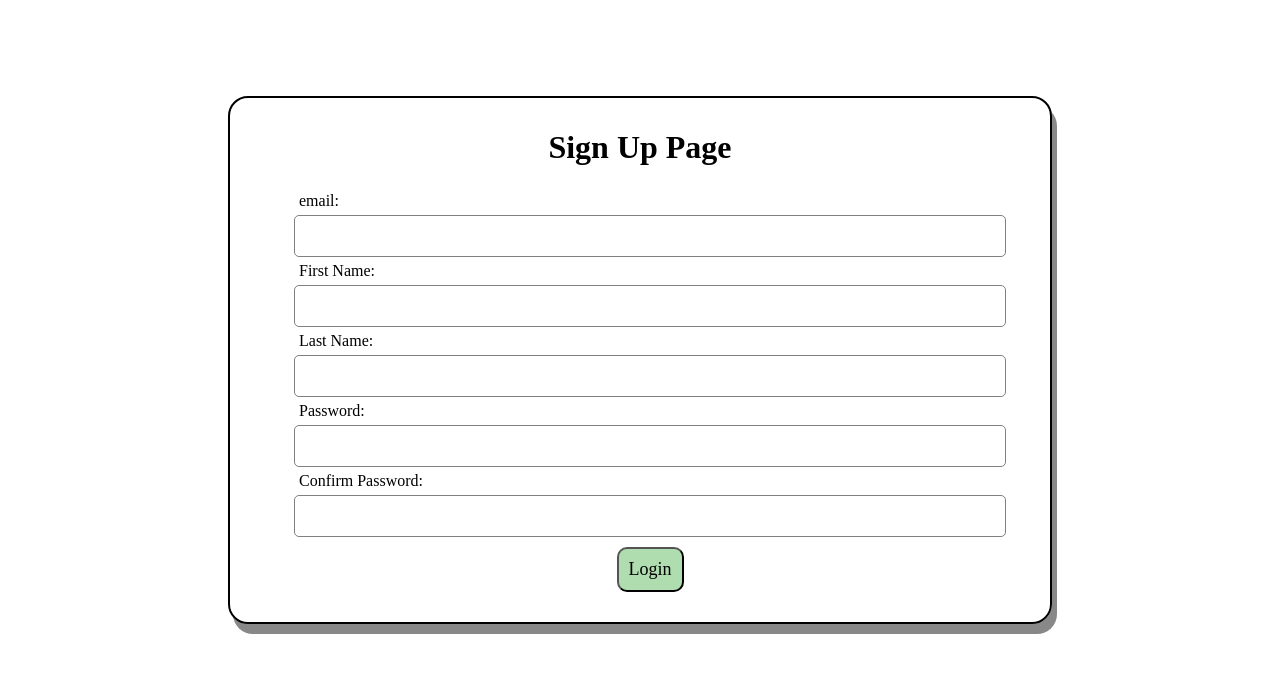
Repository: anjalipatel-dev/web-dev-learning-journey
Page: 03_html_css_ui_pages/signUp_ui/signup.html
The author's editor kept a copy of each file at every save. The page is drawn from the files as they stood at one save, then again after the next save.
The browser window is 1280 px wide. The pictures show the whole page.

Above is the page before, as saved 2025-10-04 04:56:32.

### 03_html_css_ui_pages/signUp_ui/signup.html
<!DOCTYPE html>
<html lang="en">
<head>
    <meta charset="UTF-8">
    <meta name="viewport" content="width=device-width, initial-scale=1.0">
    <title>Sign page</title>
    <link rel="stylesheet" href="styles.css">
</head>
<body>
    <div class="container">
        <h1>Sign Up Page</h1>
        <form class="input-group" action="">
            <diV>
            <label for="email">email:</label>
            <input type="email" id="email" name="email" required>
            </diV>
            <div>
                <label for="firstname">First Name:</label>
                <input class="short" type="text" id="firstname" name="firstname" required>
                <label for="lastname">Last Name:</label>
                <input class="short" type="text" id="lastname" name="lastname" required>
            </div>
            <div>
            <label for="password">Password:</label>
            <input type="password" id="password" name="password" required>
            </div>
            <div>
            <label for="confirm_password">Confirm Password:</label>
            <input type="password" id="confirm_password" name="confirm_password" required>
        </div>
            <div class="submit-btn">
            <button type="submit">Login</button>
            </div>
        </form>
    </div>
</body>
</html>

### 03_html_css_ui_pages/signUp_ui/styles.css
body{
    display: flex;
    justify-content: center;
    align-items: center;
    padding: 0;
    margin: 0;
    height: 100vh;}
.container{
    width: 800px;
    border: 2px solid black;
    border-radius: 20px;
    padding: 10px;
    text-align: center;
    box-shadow: 5px 10px #888888;
    font-family:cursive
}
.input-group{
    margin: 10px;
    text-align: left;
    padding-left: 20px;
    display: flex;
    align-items: center;
    flex-direction: column;
}
.input-group label{
    display: block;
    margin: 5px;
}
.input-group input{
    height: 30px;
    width: 700px;
    padding: 5px;
    font-size: 16px;
    border-radius: 5px;
    border: 1px solid gray;
    font-family:cursive;
}
.short{
    width: 350px;
}
.input-group button{
    margin: 10px;
    text-align: center;
    padding: 10px;
    font-size: 18px;
    border-radius: 10px;
    cursor: pointer;
    background-color:#afddaf ;
    font-family:cursive;
}
.submit-btn button:hover{
    background-color: #076b07;
    color: white;
}

After the next save:
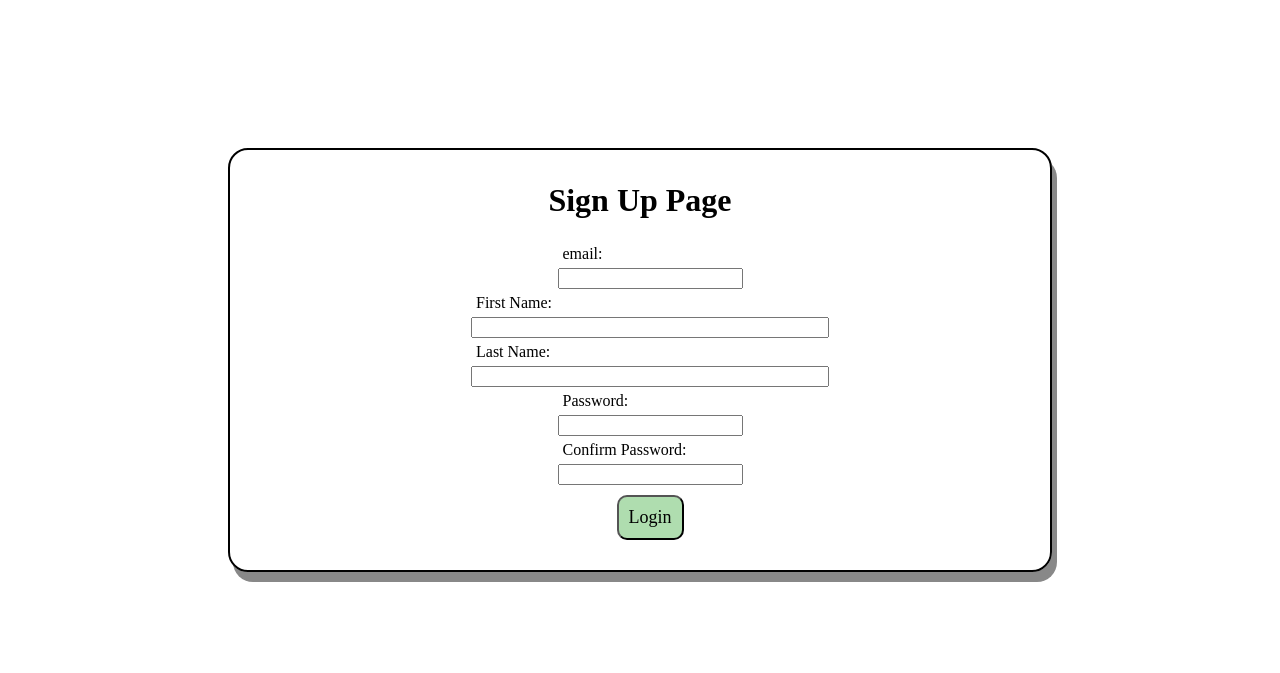
Saved 29 s later.
--- a/03_html_css_ui_pages/signUp_ui/styles.css
+++ b/03_html_css_ui_pages/signUp_ui/styles.css
@@ -26,7 +26,7 @@
     display: block;
     margin: 5px;
 }
-.input-group input{
+.long{
     height: 30px;
     width: 700px;
     padding: 5px;

After the 2 saves that followed:
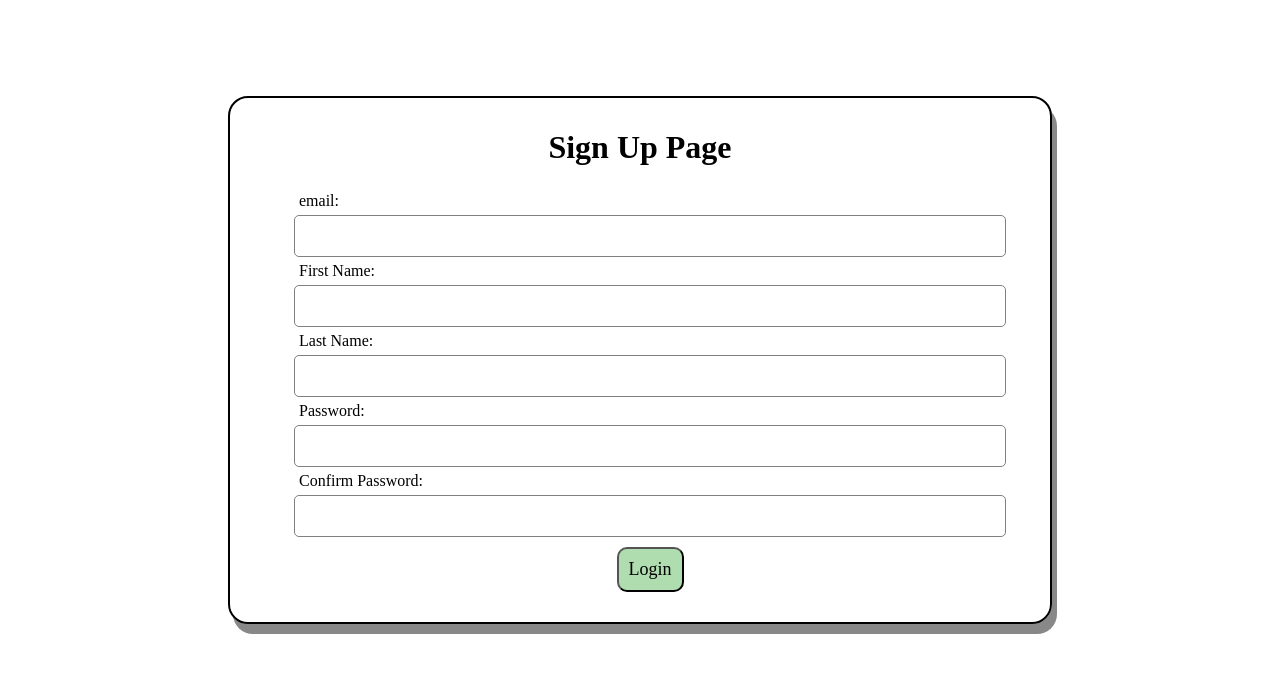
The 2 saves are shown as one change because 1 left the picture as it was.
The last was saved 70 s later.
--- a/03_html_css_ui_pages/signUp_ui/signup.html
+++ b/03_html_css_ui_pages/signUp_ui/signup.html
@@ -12,7 +12,7 @@
         <form class="input-group" action="">
             <diV>
             <label for="email">email:</label>
-            <input type="email" id="email" name="email" required>
+            <input  type="email" id="email" name="email" required>
             </diV>
             <div>
                 <label for="firstname">First Name:</label>
--- a/03_html_css_ui_pages/signUp_ui/styles.css
+++ b/03_html_css_ui_pages/signUp_ui/styles.css
@@ -26,7 +26,7 @@
     display: block;
     margin: 5px;
 }
-.long{
+.input-group input{
     height: 30px;
     width: 700px;
     padding: 5px;
@@ -34,9 +34,6 @@
     border-radius: 5px;
     border: 1px solid gray;
     font-family:cursive;
-}
-.short{
-    width: 350px;
 }
 .input-group button{
     margin: 10px;
